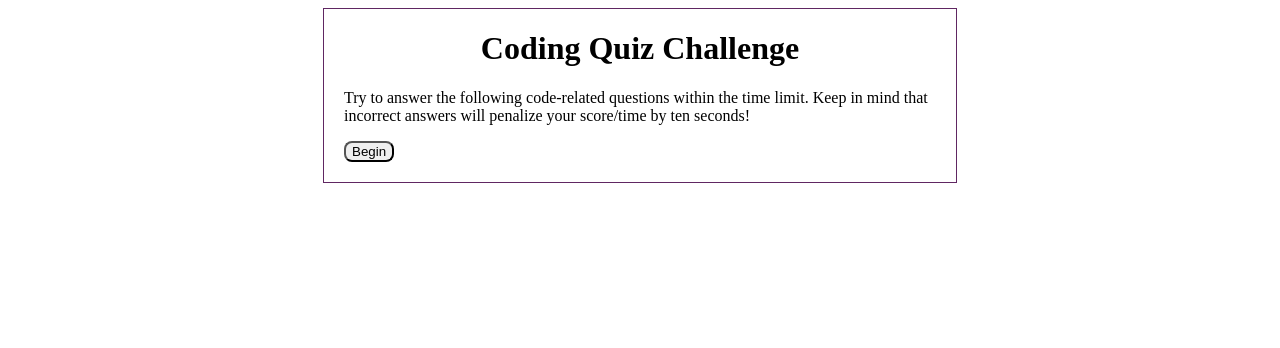
Repository: brenhamp/code-quiz
Page: index.html
These files come from the project's save history. The page is drawn as it stood at one moment and after the next save; the edit follows.
The browser window is 1280 px wide. The pictures show the whole page.

Above is the page before, as saved 2021-11-28 20:56:21.

After the next save:
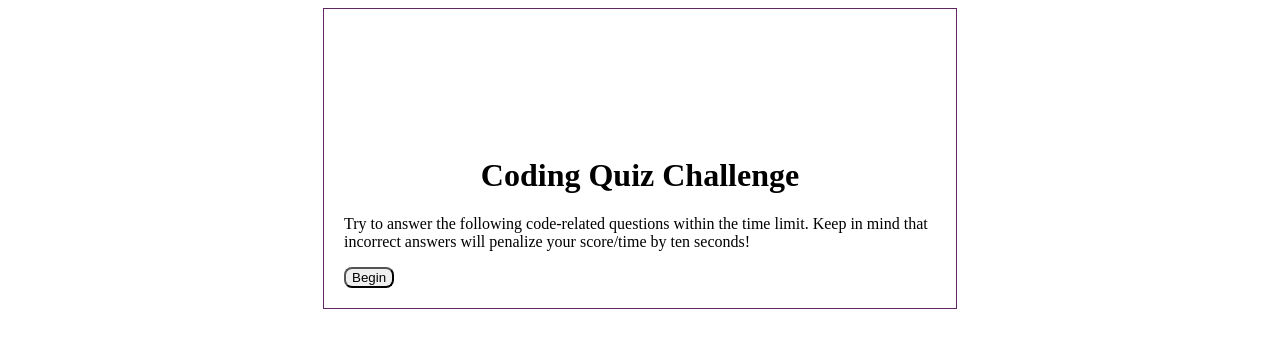
Saved 91 s later.
--- a/assets/css/style.css
+++ b/assets/css/style.css
@@ -11,6 +11,7 @@
             width: 50%;
             height: 50%;
             border: 1px solid var(--primary-color);
+            padding-top: 10%;
         }
         #startTime {
             background-color: var(--primary-color);

After the save that followed:
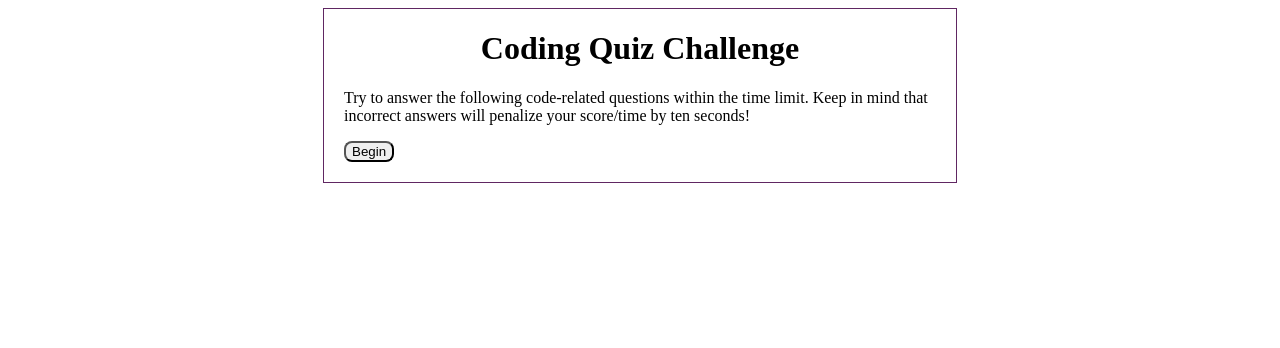
Saved 33 s later.
--- a/assets/css/style.css
+++ b/assets/css/style.css
@@ -8,10 +8,10 @@
             justify-content: center;
             align-content: center;
             margin: auto;
+            border: 10%;
             width: 50%;
             height: 50%;
             border: 1px solid var(--primary-color);
-            padding-top: 10%;
         }
         #startTime {
             background-color: var(--primary-color);
